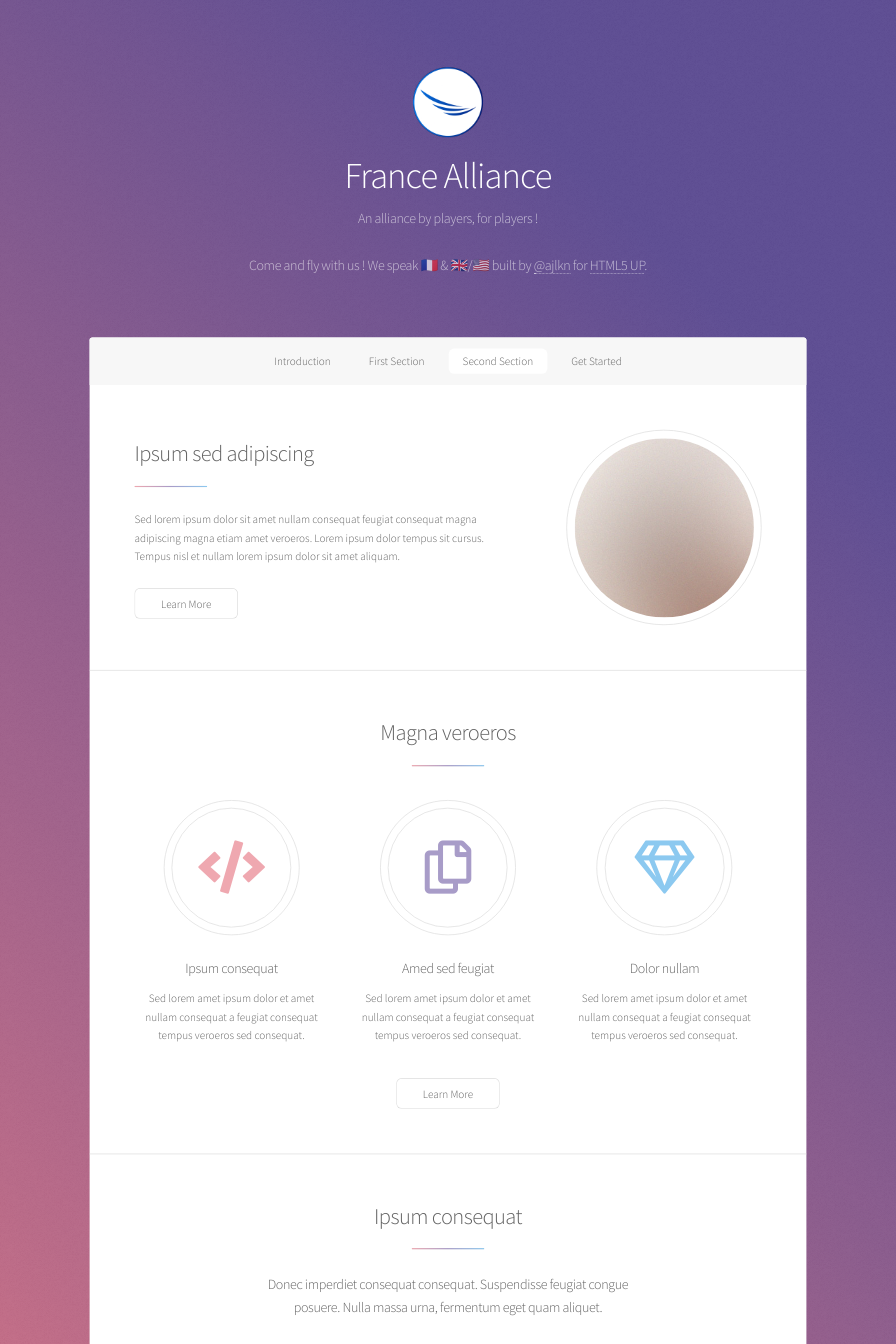
Repository: France-Alliance/France-Alliance.github.io
Page: index.html
An editor plug-in stored every save of this project. The page is shown before and after the next save, followed by the edit.
The browser window is 1280 px wide. The pictures show the part of the page from y = 0 to 1920 px (the page is 3326 px tall), at 70% of full size.

Above is the page before, as saved 2021-04-05 21:30:32.

After the next save:
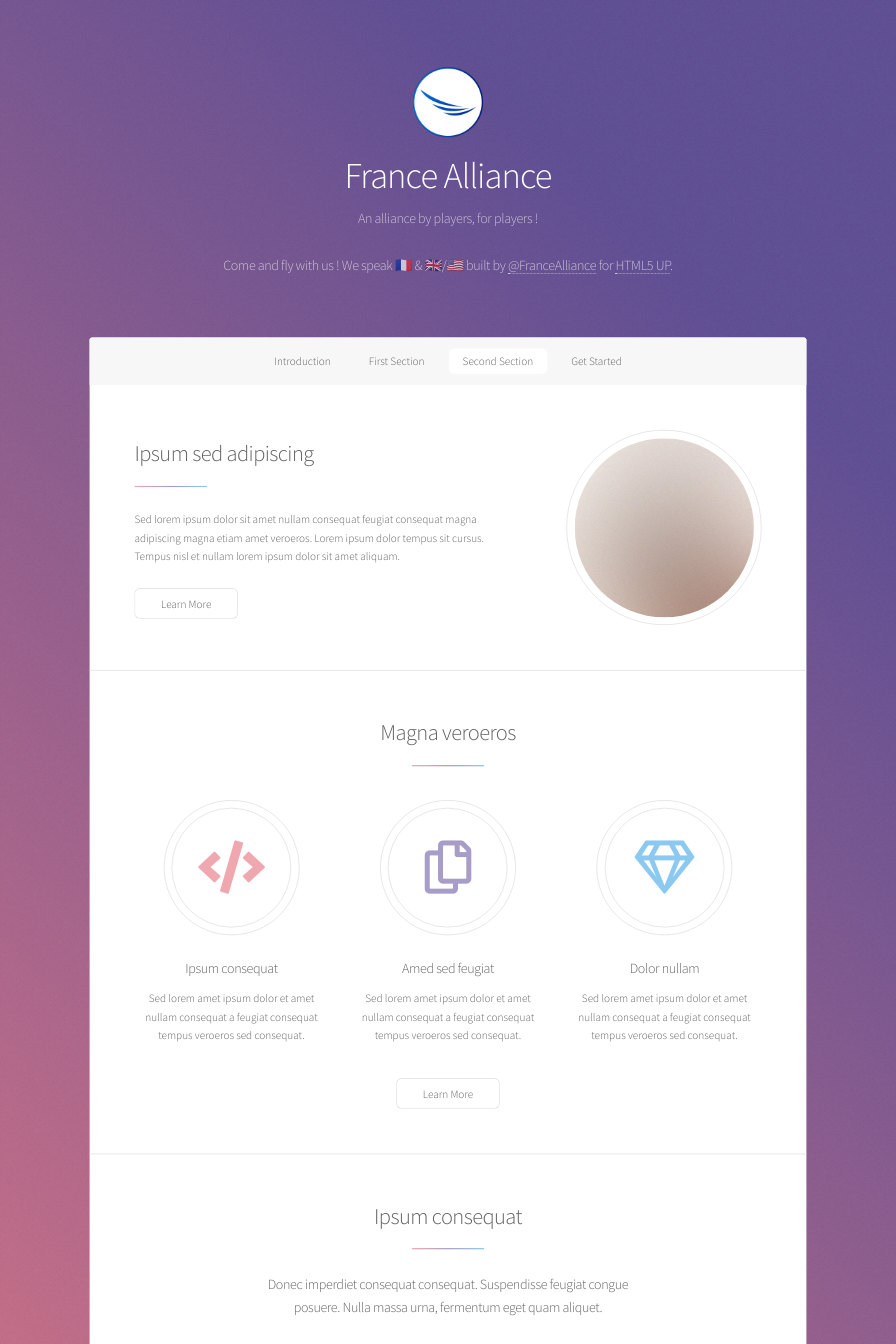
Saved 22 min 35 s later.
--- a/index.html
+++ b/index.html
@@ -21,9 +21,9 @@
 					<header id="header" class="alt">
 						<span class="logo"><img src="images/Fichier 1.png" alt="" /></span>
 						<h1>France Alliance</h1>
-						<p>An alliance by players, for players ! <br />
+						<p>An alliance by players, for players ! <br>
 						<br>Come and fly with us ! We speak 🇫🇷 & 🇬🇧/🇺🇸
-						built by <a href="https://twitter.com/ajlkn">@ajlkn</a> for <a href="https://html5up.net">HTML5 UP</a>.</p>
+						built by <a href="https://twitter.com/FranceAlliance">@FranceAlliance</a> for <a href="https://html5up.net">HTML5 UP</a>.</p>
 					</header>
 
 				<!-- Nav -->
